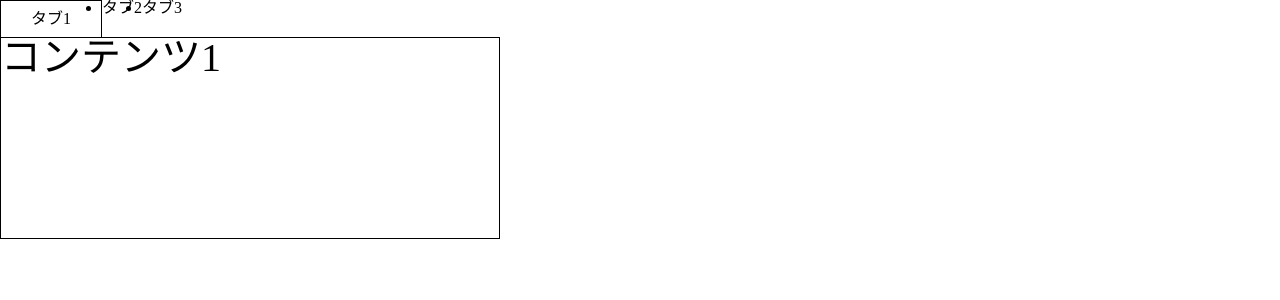
Repository: masanarimiura/20220617_miura
Page: index.html
The author's editor kept a copy of each file at every save. The page is drawn from the files as they stood at one save, then again after the next save.
The browser window is 1280 px wide. The pictures show the whole page.

Above is the page before, as saved 2022-06-17 17:52:47.

After the next save:
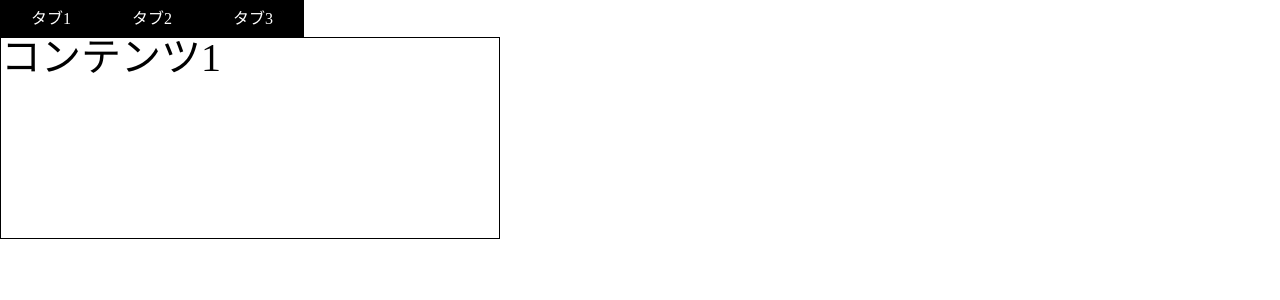
Saved 5 s later.
--- a/index.html
+++ b/index.html
@@ -222,9 +222,9 @@
   <!-- 切り替えタブ -->
   <div id="tab">
     <ul class="tab-menu">
-      <li v-bind:class="tabContent1" v-on:click="changeClassName1">タブ1</li>
-      <li v-bind:class="tabContent2" v-on:click="changeClassName2">タブ2</li>
-      <li v-bind:class="tabContent3" v-on:click="changeClassName3">タブ3</li>
+      <li class="tabMenuItem active" v-bind:class="tabContent1" v-on:click="changeClassName1">タブ1</li>
+      <li class="tabMenuItem" v-bind:class="tabContent2" v-on:click="changeClassName2">タブ2</li>
+      <li class="tabMenuItem" v-bind:class="tabContent3" v-on:click="changeClassName3">タブ3</li>
     </ul>
     <div class="tab-content">
       <div class="tabContentItem show">コンテンツ1</div>
@@ -237,15 +237,15 @@
       el: '#tab',
       data() {
         return {
-          tabContent1: 'tabMenuItem',
-          tabMenuItem2: 'tabMenuItem',
-          tabMenuItem3: 'tabMenuItem',
+          tabContent1: 'tabMenuItem active',
+          tabContent2: 'tabMenuItem active',
+          tabContent3: 'tabMenuItem active',
         }
       },
       methods: {
         changeClassName1() {
           this.tabMenuItem = 'tabMenuItem active';
-          this.tabMenuItemItem = 'tabContentItem active';
+          this.tabContentItem = 'tabContentItem active';
         }
       }
     });

After the 2 saves that followed:
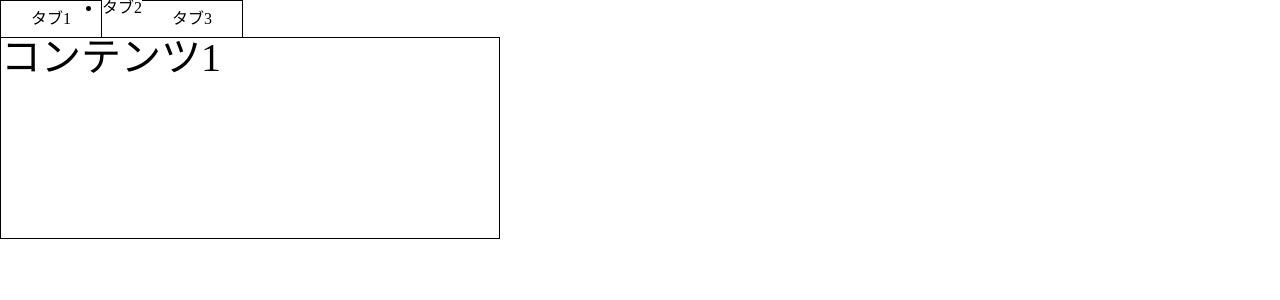
The 2 saves are shown as one change because they came seconds apart.
The last was saved 6 s later.
--- a/index.html
+++ b/index.html
@@ -222,9 +222,9 @@
   <!-- 切り替えタブ -->
   <div id="tab">
     <ul class="tab-menu">
-      <li class="tabMenuItem active" v-bind:class="tabContent1" v-on:click="changeClassName1">タブ1</li>
-      <li class="tabMenuItem" v-bind:class="tabContent2" v-on:click="changeClassName2">タブ2</li>
-      <li class="tabMenuItem" v-bind:class="tabContent3" v-on:click="changeClassName3">タブ3</li>
+      <li v-bind:class="tabContent1" v-on:click="changeClassName1">タブ1</li>
+      <li v-bind:class="tabContent2" v-on:click="changeClassName2">タブ2</li>
+      <li v-bind:class="tabContent3" v-on:click="changeClassName3">タブ3</li>
     </ul>
     <div class="tab-content">
       <div class="tabContentItem show">コンテンツ1</div>
@@ -237,9 +237,9 @@
       el: '#tab',
       data() {
         return {
-          tabContent1: 'tabMenuItem active',
-          tabContent2: 'tabMenuItem active',
-          tabContent3: 'tabMenuItem active',
+          tabContent1: 'tabMenuItem',
+          tabMenuItem2: 'tabMenuItem',
+          tabContent3: 'tabMenuItem',
         }
       },
       methods: {
